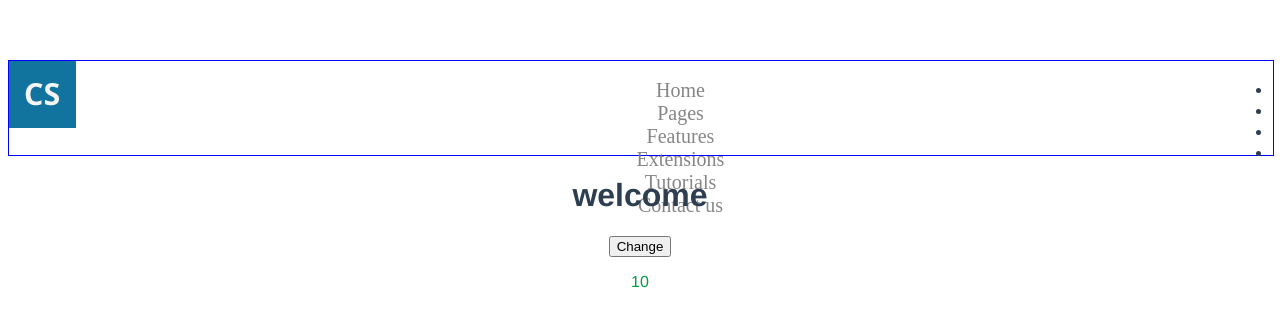
Repository: joker506/Creatives
Page: /
These files come from the project's save history. The page is drawn as it stood at one moment and after the next save; the edit follows.
The browser window is 1280 px wide. The pictures show the whole page.
The project was rebuilt for these pictures with package versions that can differ from the ones it lists, and the page was loaded fresh each time.

Above is the page before, as saved 2020-03-29 16:32:49.

After the next save:
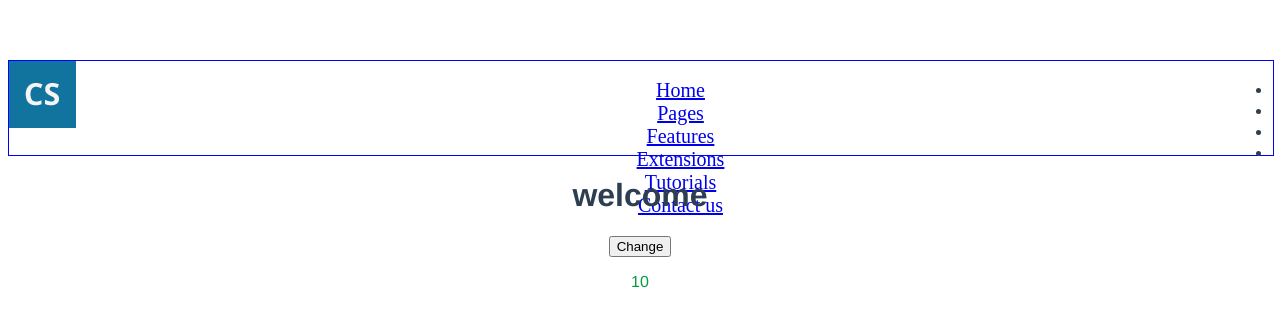
Saved 33 s later.
--- a/src/components/HeaderApp.vue
+++ b/src/components/HeaderApp.vue
@@ -89,7 +89,8 @@
     font-family: "Myriad Pro";
     font-size: 20px;
     font-weight: 400;
-    color: #868686;
+Home           Pages           Features           Extensions            Tutorials            Contact us
+
     &>a{
             text-decoration: none;
     color: #868686;

After the save that followed:
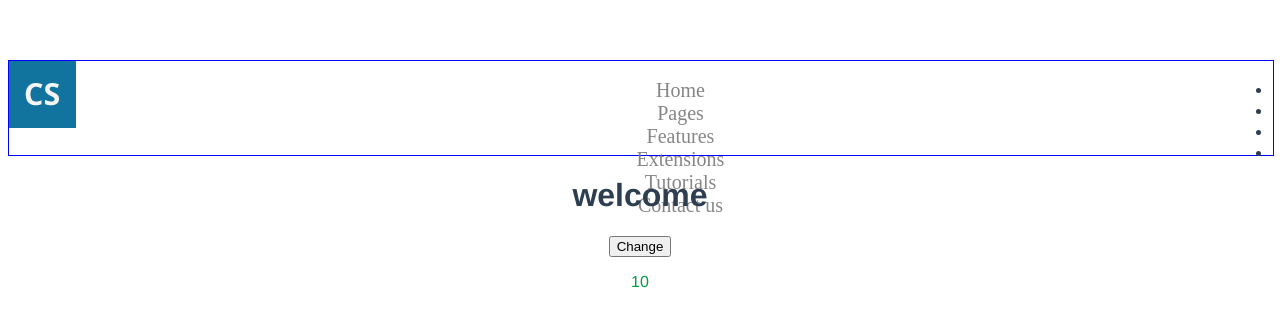
Saved 10 s later.
--- a/src/components/HeaderApp.vue
+++ b/src/components/HeaderApp.vue
@@ -89,8 +89,7 @@
     font-family: "Myriad Pro";
     font-size: 20px;
     font-weight: 400;
-Home           Pages           Features           Extensions            Tutorials            Contact us
-
+    color: #ffffff;
     &>a{
             text-decoration: none;
     color: #868686;
